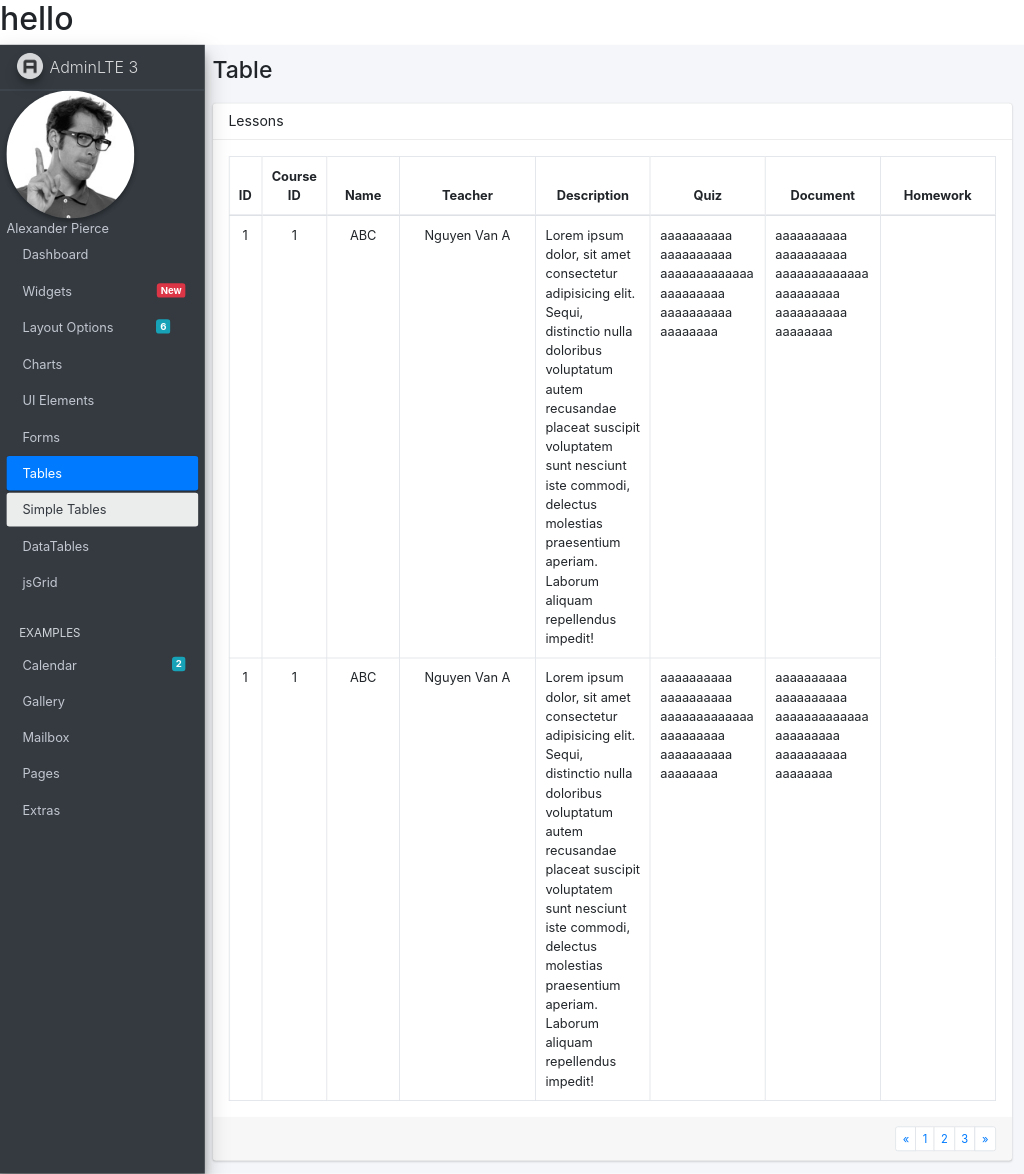
Repository: huyennvo/table
Page: http://localhost/table/lessons
These files come from the project's save history. The page is drawn as it stood at one moment and after the next save; the edit follows.
The browser window is 1280 px wide. The pictures show the whole page, at 80% of full size.
Some web fonts or font styles are not loaded; a fallback is used. The page is served by the project's Laravel application, run on PHP 8.4 with Laravel 8.

Above is the page before, as saved 2022-08-11 20:17:40.

After the next save:
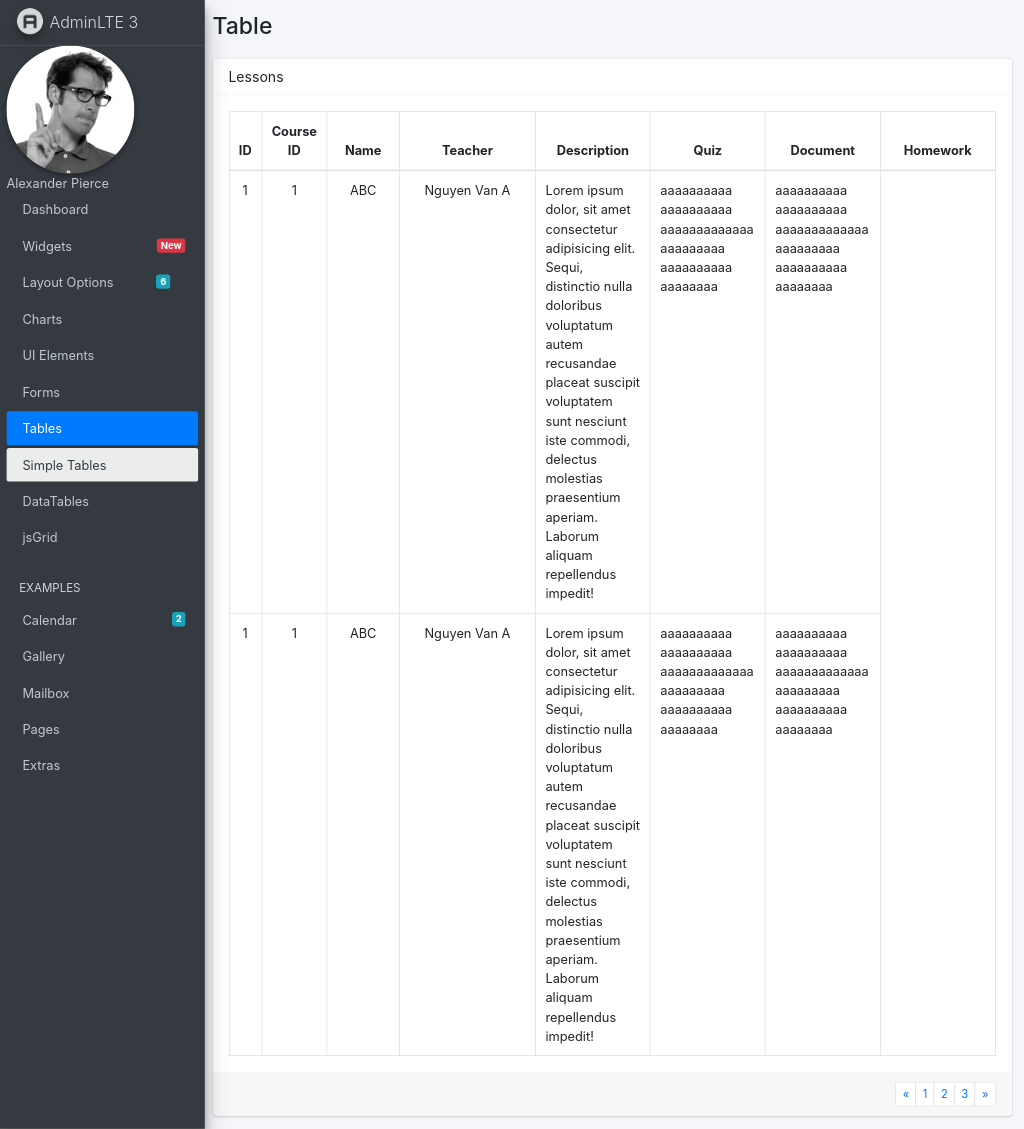
Saved 29 s later.
--- a/resources/views/layouts/index.blade.php
+++ b/resources/views/layouts/index.blade.php
@@ -12,7 +12,6 @@
   <link href="https://fonts.googleapis.com/css?family=Source+Sans+Pro:300,400,400i,700" rel="stylesheet">
 </head>
 <body class="hold-transition sidebar-mini">
-  <h1>hello</h1>
 <div class="wrapper">
 @yield('menu')
 
